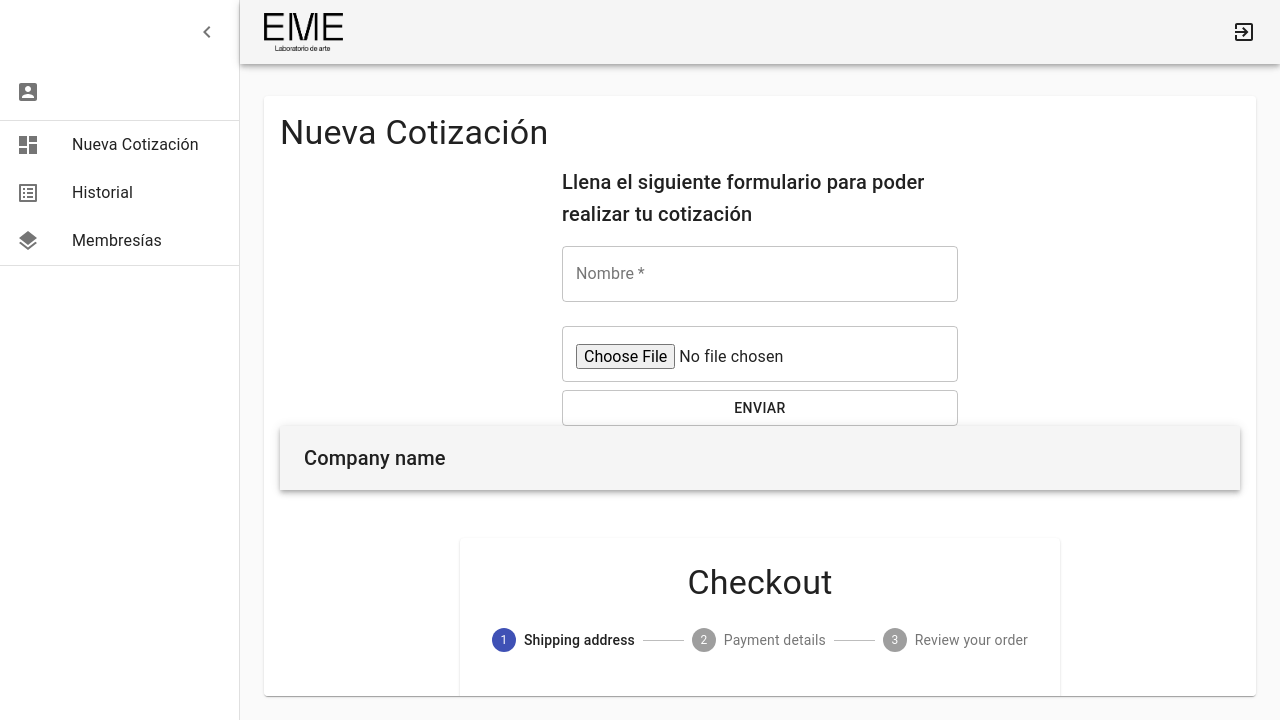
Repository: BrendaCarranco/eme-lab
Page: /Trabajo
The author's editor kept a copy of each file at every save. The page is drawn from the files as they stood at one save, then again after the next save.
The browser window is 1280 px wide. The pictures show the whole page.
An inner scrolling area shows only its first screen. Some web libraries are served in a nearby version. The project was rebuilt for these pictures with package versions that can differ from the ones it lists, and the page was loaded fresh each time. Also part of the build but not shown: src/components/buildingPage/Building.js, src/temaConfig.js, src/components/buildingPage/Landing.js, src/components/login/Reset.js, src/components/Dashboard/Historial.js, src/components/Dashboard/Membresias.js, src/components/Dashboard/SizeForm.js, src/components/Dashboard/Review.js and 6 more.

Above is the page before, as saved 2020-08-30 18:34:19.

After the next save:
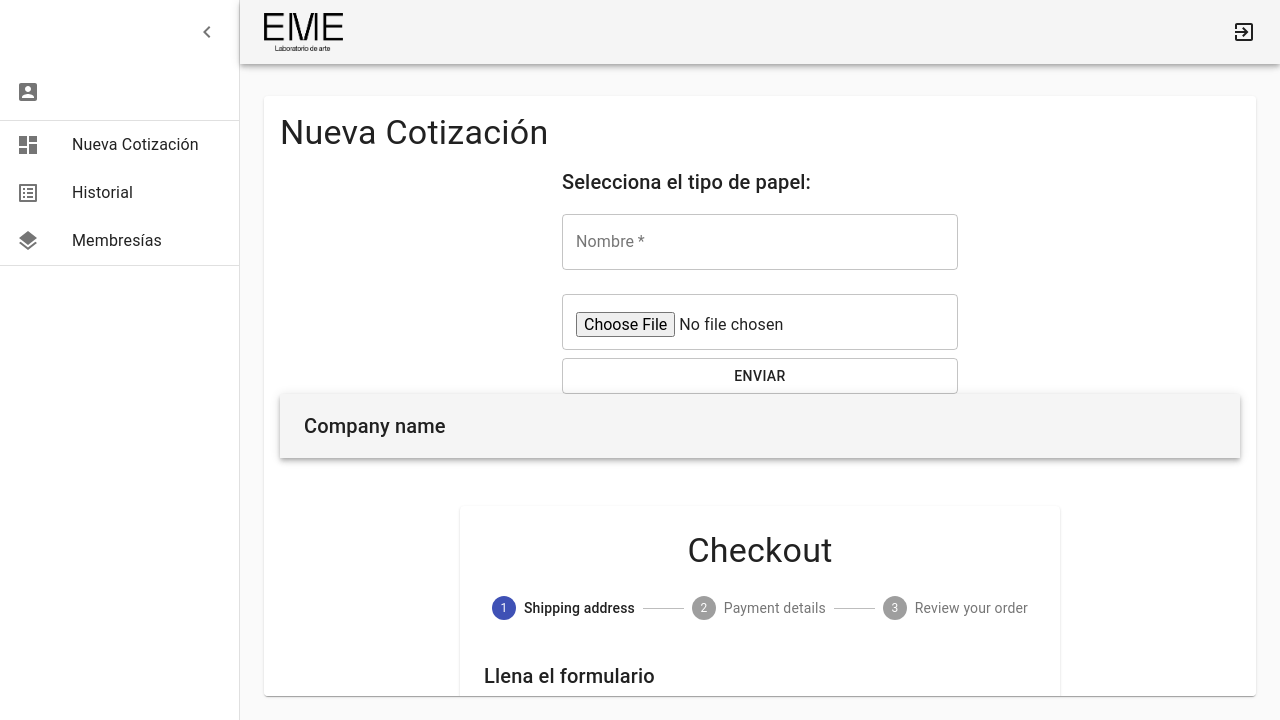
Saved 45 min 16 s later.
--- a/src/components/Dashboard/Cotizacion.js
+++ b/src/components/Dashboard/Cotizacion.js
@@ -93,7 +93,7 @@ const Cotizacion = ({ firebaseUser, setUsersFiles, usersFiles }) => {
       <Title>Nueva Cotización</Title>
       <Container maxWidth="xs">
         <Typography variant="h6" color="initial">
-          Llena el siguiente formulario para poder realizar tu cotización
+          Selecciona el tipo de papel:
        </Typography>
         <form onSubmit={handleSubmit}>
           <TextField
